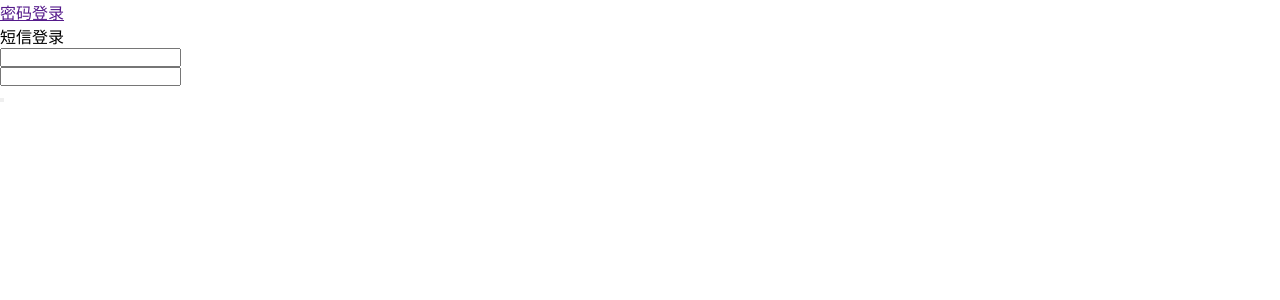
Repository: wxamlzm/campus0714
Page: views/login.html
The author's editor kept a copy of each file at every save. The page is drawn from the files as they stood at one save, then again after the next save.
The browser window is 1280 px wide. The pictures show the whole page.

Above is the page before, as saved 2021-07-14 22:17:15.

After the next save:
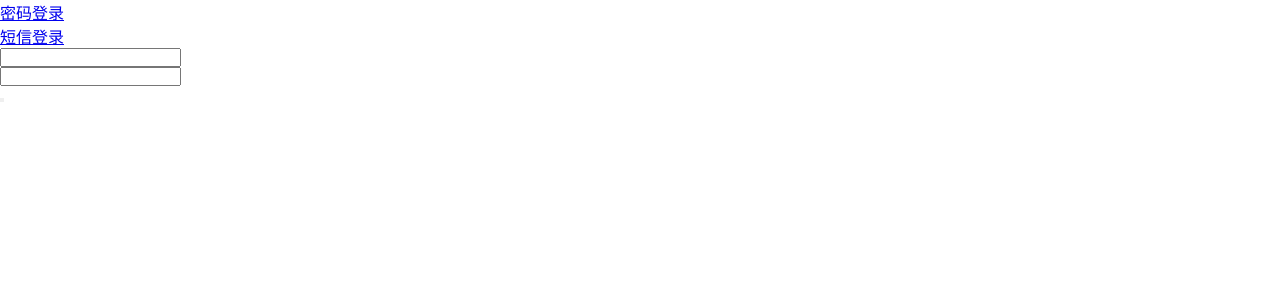
Saved 13 s later.
--- a/views/login.html
+++ b/views/login.html
@@ -9,8 +9,8 @@
     <div class="login-box">
       <div class="login-container">
         <div class="login-title">
-          <div><a href="">密码登录</a></div>
-          <div>短信登录</div>
+          <div><a href="#">密码登录</a></div>
+          <div><a href="#">短信登录</a></div>
         </div>
         <div class="login-inpu">
           <div class="input-user">
